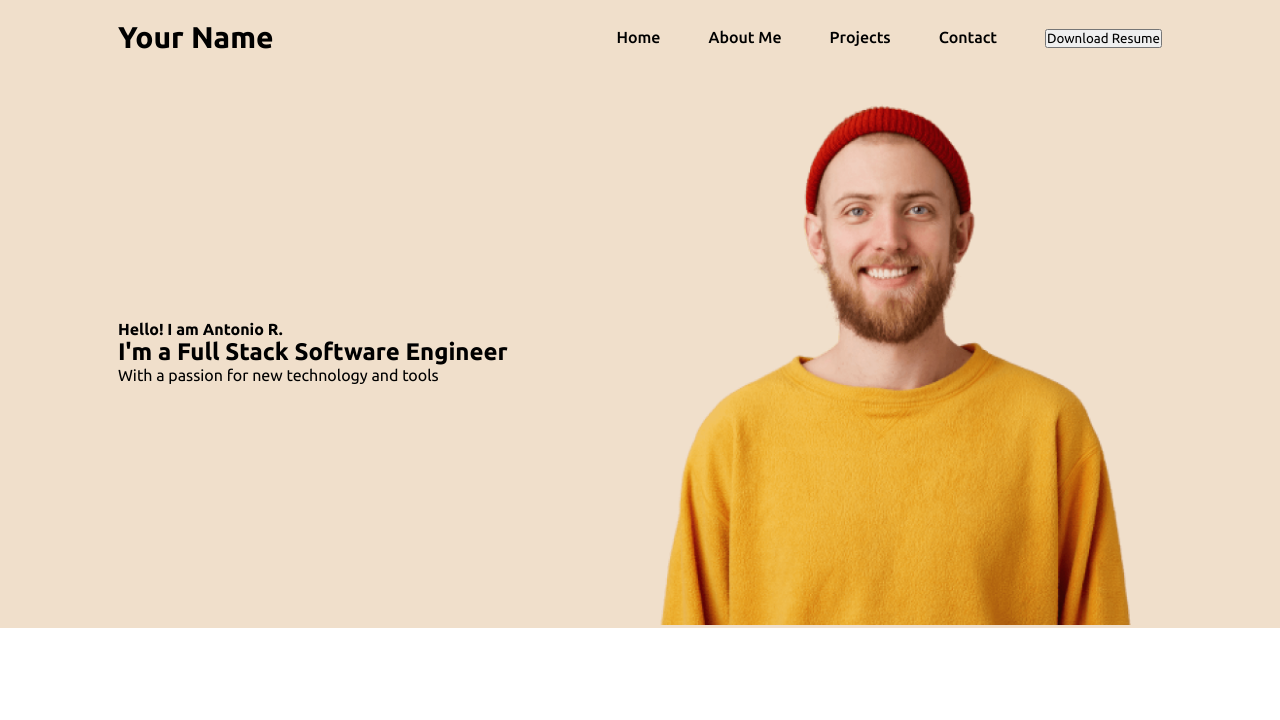
Repository: DevAntonioRogers/vanilla-portfolio
Page: index.html
These files come from the project's save history. The page is drawn as it stood at one moment and after the next save; the edit follows.
The browser window is 1280 px wide. The pictures show the whole page.

Above is the page before, as saved 2023-07-14 16:28:38.

### index.html
<!DOCTYPE html>
<html lang="en">
  <head>
    <meta charset="UTF-8" />
    <meta name="viewport" content="width=device-width, initial-scale=1.0" />
    <link rel="stylesheet" href="style.css" />
    <title>Antonio Rogers</title>
  </head>
  <body>
    <nav>
      <div class="container navbar">
        <a href="/" aria-label="Home"> <h1>Your Name</h1></a>
        <ul>
          <li>
            <a href="/" aria-label="Home">Home</a>
          </li>
          <li>
            <a href="/" aria-label="About Me">About Me</a>
          </li>
          <li>
            <a href="/" aria-label="Projects">Projects</a>
          </li>
          <li>
            <a href="/" aria-label="Contact">Contact</a>
          </li>
          <li>
            <a href="/resume.pdf" download aria-label="Download Resume">
              <button class="navbar-button">Download Resume</button>
            </a>
          </li>
        </ul>
      </div>
    </nav>

    <section class="hero">
      <div class="container hero-container">
        <div>
          <h4>Hello! I am Antonio R.</h4>
          <h1>I'm a Full Stack Software Engineer</h1>
          <p>With a passion for new technology and tools</p>
        </div>

        <div>
          <img src="./software.png" alt="" />
        </div>
      </div>
    </section>
  </body>
</html>

### style.css
@import url("https://fonts.googleapis.com/css2?family=Ubuntu:wght@300;400;500;700&display=swap");

* {
  box-sizing: border-box;
  padding: 0;
  margin: 0;
  font-family: "Ubuntu", sans-serif;
}

a {
  text-decoration: none;
  color: inherit;
}

li {
  list-style: none;
}

.container {
  width: 89%;
  margin: auto;
  max-width: 1044px;
}

nav {
  background: #f0dfcb;
  padding: 20px 0;
}

.navbar {
  display: flex;
  justify-content: space-between;
  align-items: center;
}

.navbar h1 {
  font-size: 30px;
  font-weight: 700;
}

.navbar ul {
  display: flex;
  gap: 3rem;
}

.navbar ul li {
  font-weight: 500;
}

/* HERO STYLES */

.hero {
  background-color: #f0dfcb;
}

.hero-container {
  display: grid;
  grid-template-columns: 1fr 1fr;
  align-items: center;
  gap: ;
}

.hero-container img {
  height: 550px;
  position: relative;
  mask-size: auto;
}

After the next save:
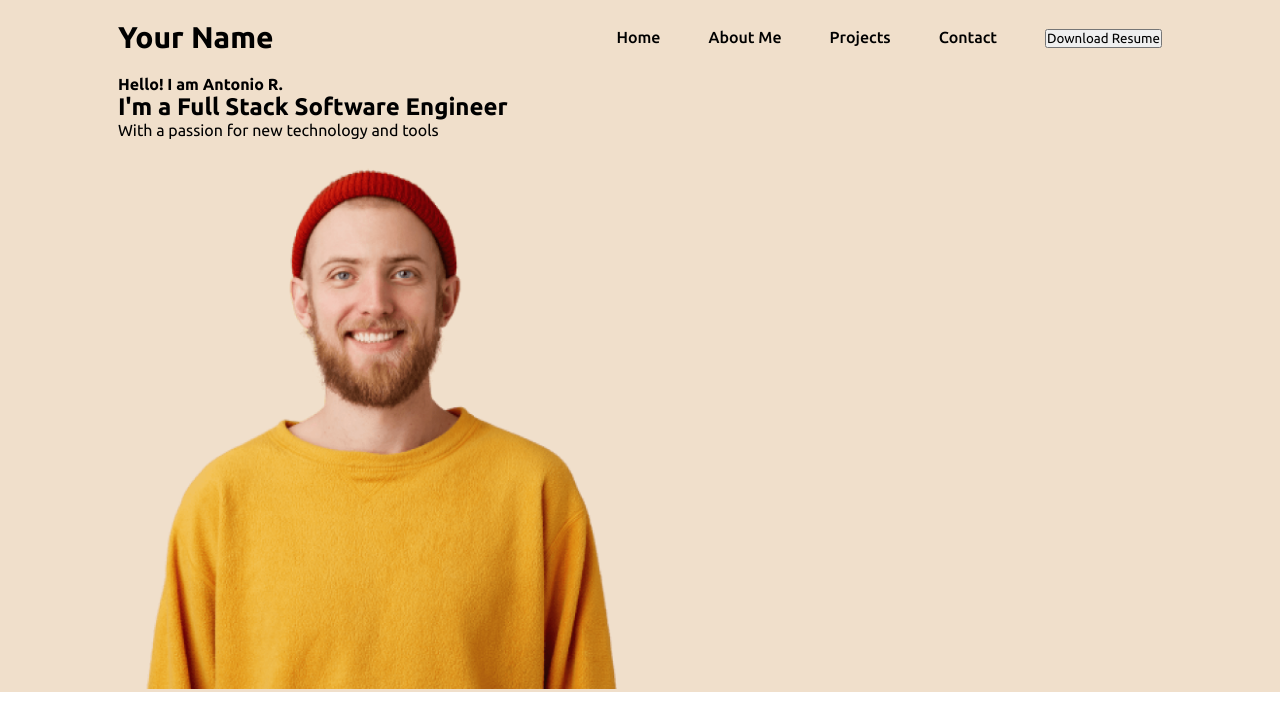
Saved 56 s later.
--- a/style.css
+++ b/style.css
@@ -55,7 +55,7 @@ nav {
 
 .hero-container {
   display: grid;
-  grid-template-columns: 1fr 1fr;
+  grid-template-columns: repeat(2,minmax(0, 1fr))
   align-items: center;
   gap: ;
 }
